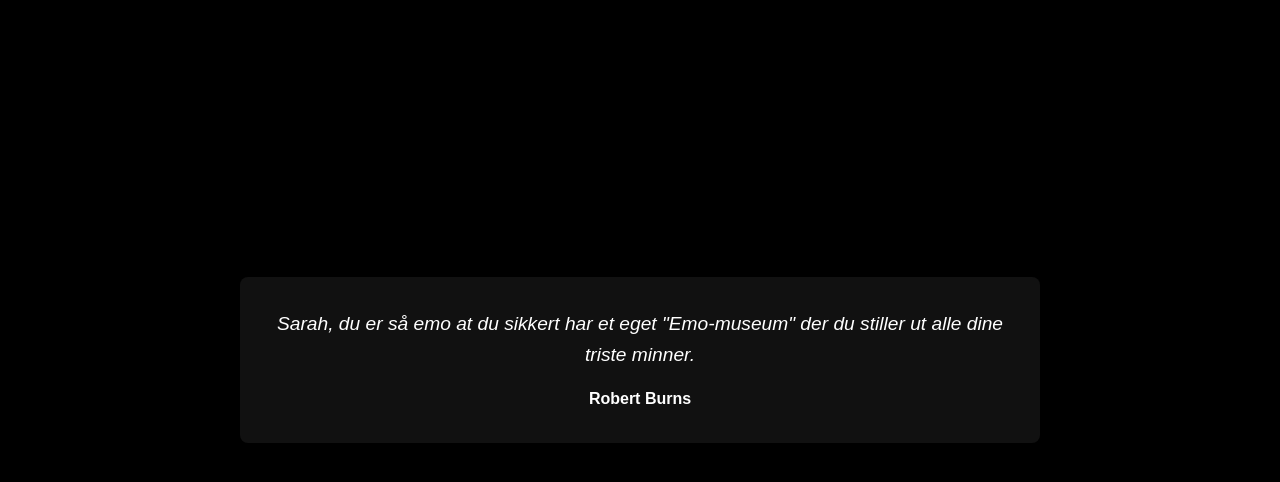
Repository: Larshalvorhansen/personalWebsite
Page: content/infoskjermV2/item-9_dagensBurn.html
An editor plug-in stored every save of this project. The page is shown before and after the next save, followed by the edit.
The browser window is 1280 px wide. The pictures show the whole page.
Some web libraries are served in a nearby version.

Above is the page before, as saved 2025-02-17 14:27:13.

### content/infoskjermV2/item-9_dagensBurn.html
<!DOCTYPE html>
<html lang="en">

<head>
    <meta charset="UTF-8">
    <meta name="viewport" content="width=device-width, initial-scale=1.0">
    <title>Robert Burns Quote</title>
    <script src="https://cdn.tailwindcss.com"></script>
    <style>
        body {
            background-color: black;
            color: white;
            font-family: sans-serif;
            display: flex;
            justify-content: center;
            align-items: center;
            min-height: 100vh;
            /* Ensure full viewport height */
            margin: 0;
            /* Remove default margins */
        }

        .quote-container {
            background-color: #111;
            /* Slightly lighter background */
            padding: 2rem;
            border-radius: 0.5rem;
            box-shadow: 0 4px 6px -1px rgba(0, 0, 0, 0.1), 0 2px 4px -1px rgba(0, 0, 0, 0.06);
            max-width: 800px;
            /* Limit width on larger screens */
            text-align: center;
            /* Center the text */
        }

        .quote {
            font-size: 1.2rem;
            line-height: 1.6;
            font-style: italic;
        }

        .author {
            margin-top: 1rem;
            font-size: 1rem;
            font-weight: bold;
        }
    </style>
</head>

<body>

    <div class="quote-container">
        <p class="quote" id="burns-quote"></p>
        <p class="author">Robert Burns</p>
    </div>

    <script>
        fetch('burnsV2.txt')
            .then(response => response.text())
            .then(text => {
                const lines = text.split('\n').filter(line => line.trim() !== "");
                const randomLine = lines[Math.floor(Math.random() * lines.length)];
                document.getElementById('burns-quote').textContent = randomLine.trim();
            })
            .catch(error => {
                console.error('Error fetching Burns quotes:', error);
                document.getElementById('burns-quote').textContent = "Failed to load quote.";
            });
    </script>

</body>

</html>

After the next save:
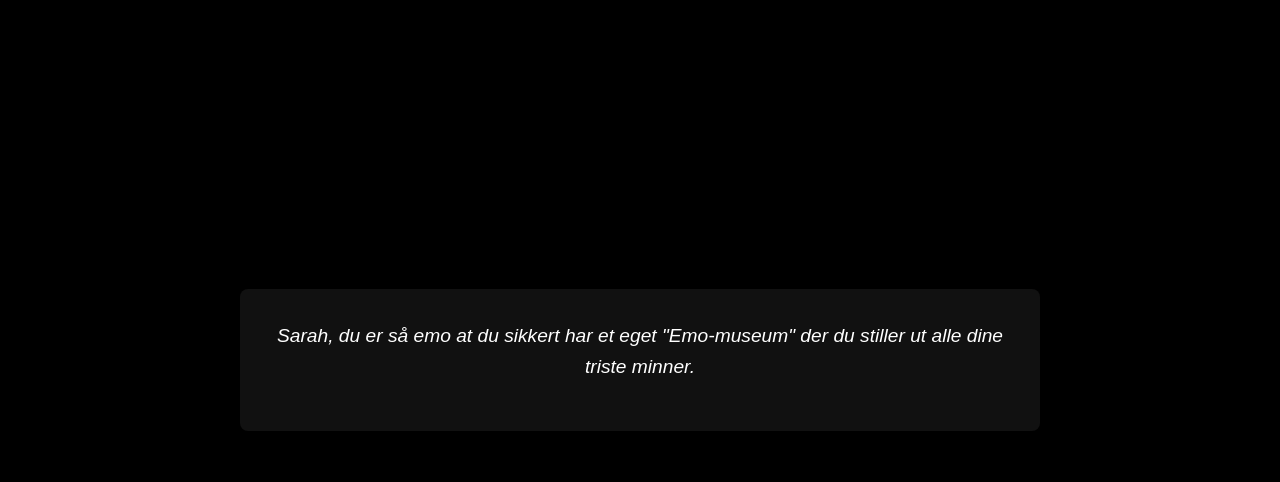
Saved 20 s later.
--- a/content/infoskjermV2/item-9_dagensBurn.html
+++ b/content/infoskjermV2/item-9_dagensBurn.html
@@ -50,7 +50,7 @@
 
     <div class="quote-container">
         <p class="quote" id="burns-quote"></p>
-        <p class="author">Robert Burns</p>
+        <p class="author"></p>
     </div>
 
     <script>
